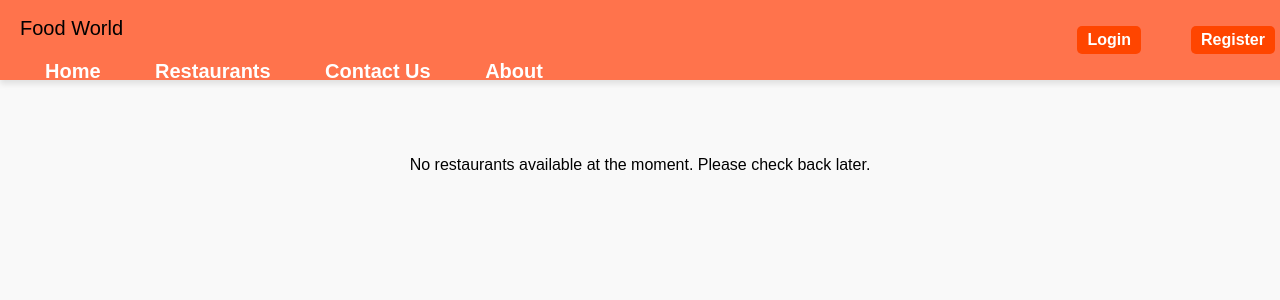
Repository: Sujith-B-S/Food-Application
Page: http://localhost/FoodApplication/home.jsp
An editor plug-in stored every save of this project. The page is shown before and after the next save, followed by the edit.
The browser window is 1280 px wide. The pictures show the whole page.
Some web fonts or font styles are not loaded; a fallback is used. The page is served by Tomcat 9. Other server files are loaded and not shown.

Above is the page before, as saved 2024-11-16 17:46:19.

### FoodApplication/src/main/webapp/home.jsp
<%@ page language="java" contentType="text/html; charset=UTF-8" pageEncoding="UTF-8"%>
<%@ page import="com.sg.restaurantpojo.Restaurant" %>
<%@ page import="java.util.List" %>
<%@ page import="com.sg.userpojo.User" %>
<!DOCTYPE html>
<html lang="en">
<head>
    <meta charset="UTF-8">
    <meta name="viewport" content="width=device-width, initial-scale=1.0">
    <title>Home - Food Application</title>
    <style>
        /* Google Font */
        @import url('https://fonts.googleapis.com/css2?family=Nunito+Sans:wght@400;600;700&display=swap');

		html{
			scroll-behavior: smooth;
		}
        body {
            margin: 0;
            font-family: 'Nunito Sans', sans-serif;
            background-color: #f9f9f9;

        }

        /* Navbar Styling */
        .navbar {
            position: fixed;
            top: 0;
            width: 100%;
            height:50px;
            background-color: #FF734C;
            display: flex;
            justify-content: space-between;
            align-items: center;
            padding: 15px 20px;
            box-shadow: 0 4px 6px rgba(0, 0, 0, 0.1);
            z-index: 1000;
        }

        .navbar a {
            color: white;
            text-decoration: none;
            font-size: 20px;
            margin: 0 25px;
            font-weight: 600;
        }

        .navbar .app-name{
        	font-size: 20px;
        }

        .navbar a:hover {
            color: #ffebcd;
        }

        .user-info {
            display: flex;
            align-items: center;
        }

        .user-info p {
            margin: 0 15px 0 0;
            color: white;
            font-size: 18px;
        }

        .user-info a {
            color: #fff;
            padding: 5px 10px;
            border-radius: 5px;
            background-color: #ff4500;
            font-size: 16px;
            text-decoration: none;
        }

        .user-info a:hover {
            background-color: #ff3300;
        }

        /* Page Container */
        .container {
            margin-top: 120px;
            display: flex;
            flex-wrap: wrap;
            gap: 20px;
            justify-content: center;
            padding: 20px;
            text-align: center;
        }

        /* Card Design */
        .card {
            width: 300px;
            border: 1px solid #ddd;
            border-radius: 10px;
            background-color: #fff;
            box-shadow: 0 4px 8px rgba(0, 0, 0, 0.1);
            overflow: hidden;
            transition: transform 0.3s ease, box-shadow 0.3s ease;
        }

        .card:hover {
            transform: scale(1.05);
            box-shadow: 0 6px 12px rgba(0, 0, 0, 0.2);
        }

        .card img {
            width: 100%;
            height: 200px;
            object-fit: cover;
        }

        .card-content {
            padding: 15px;
        }

        .card-content h3 {
            font-size: 1.5rem;
            color: #333;
            margin: 10px 0;
        }

        .card-content p {
            font-size: 0.9rem;
            color: #666;
            margin: 5px 0;
        }

        .card-content button {
            margin-top: 10px;
            padding: 10px 20px;
            font-size: 16px;
            color: white;
            background-color: #FF734C;
            border: none;
            border-radius: 5px;
            cursor: pointer;
            transition: background-color 0.3s ease;
        }

        .card-content button:hover {
            background-color: #ff3d00;
        }

        /* Responsive Adjustments */
        @media (max-width: 769px) {
            .card {
                width: 90%;
            }

            .navbar a {
                font-size: 18px;
            }
        }

        @media (max-width: 480px) {
            .navbar a {
                font-size: 16px;
            }

            .user-info a {
                font-size: 14px;
            }
        }
    </style>
</head>
<body>
    <!-- Navbar -->
    <div class="navbar">
        <div>
        	<p class = "app-name">Food World</p>
            <a href="home.jsp">Home</a>
            <a href="restaurants.jsp">Restaurants</a>
            <a href="contact.jsp">Contact Us</a>
            <a href="about.jsp">About</a>
        </div>
        <div class="user-info">
            <%
                User user = (User) session.getAttribute("loggedInUser");
                if (user != null) {
            %>
                <p>Welcome, <%= user.getUsername() %></p>
                <a href="login.jsp">Logout</a>
            <%
                } else {
            %>
                <a href="login.jsp">Login</a>
                <a href="register.jsp">Register</a>
            <%
                }
            %>
        </div>
    </div>

    <!-- Restaurant Cards -->
    <div class="container">
        <%
            List<Restaurant> resList = (List<Restaurant>) session.getAttribute("resList");
            if (resList != null) {
                for (Restaurant res : resList) {
        %>
        <div class="card">
            <img src="<%= res.getImage() %>" alt="Restaurant">
            <div class="card-content">
                <h3><%= res.getName() %></h3>
                <p><strong>Cuisine:</strong> <%= res.getCuisineType() %></p>
                <p><strong>Address:</strong> <%= res.getAddress() %></p>
                <p><strong>Ratings:</strong> <%= res.getRatings() %></p>
                <p><strong>Delivery Time:</strong> <%= res.getDeliverTime() %> mins</p>
                <p><strong>Available:</strong> <%= res.getIsActive() ? "Yes" : "No" %></p>
                <a href="ShowMenu?restaurantId=<%= res.getRestaurantId() %>">
                    <button>View Menu</button>
                </a>
            </div>
        </div>
        <%
                }
            } else {
        %>
        <p>No restaurants available at the moment. Please check back later.</p>
        <%
            }
        %>
    </div>
</body>
</html>

After the next save:
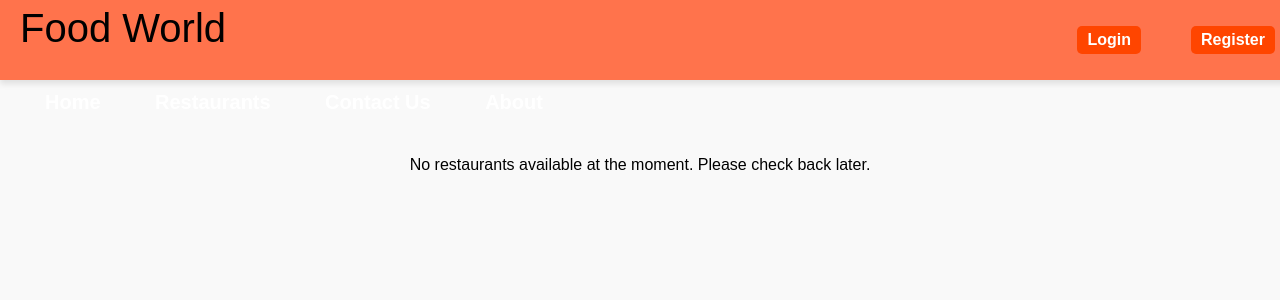
Saved 25 s later.
--- a/FoodApplication/src/main/webapp/home.jsp
+++ b/FoodApplication/src/main/webapp/home.jsp
@@ -46,7 +46,7 @@
         }
 
         .navbar .app-name{
-        	font-size: 20px;
+        	font-size: 40px;
         }
 
         .navbar a:hover {
